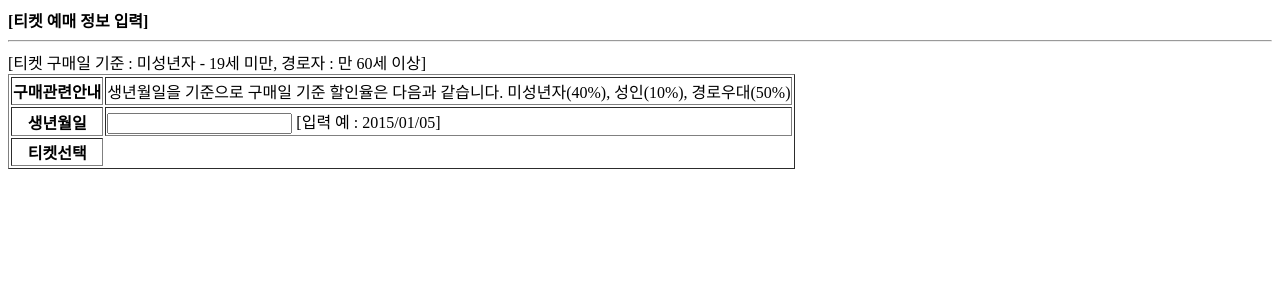
Repository: hanaichione/JSP_BingeWatch
Page: JSPWorkshop04/WebContent/ticket.html
These files come from the project's save history. The page is drawn as it stood at one moment and after the next save; the edit follows.
The browser window is 1280 px wide. The pictures show the whole page.

Above is the page before, as saved 2022-11-25 09:44:11.

### JSPWorkshop04/WebContent/ticket.html
<!DOCTYPE html>
<html>
<head>
<meta charset="UTF-8">
<title>Insert title here</title>
</head>
<body>
	<form>
		<b>[티켓 예매 정보 입력]</b>
		<hr>
		[티켓 구매일 기준 : 미성년자 - 19세 미만, 경로자 : 만 60세 이상]
		<table border="1">
			<tr>
				<th>구매관련안내</th>
				<td>생년월일을 기준으로 구매일 기준 할인율은 다음과 같습니다.
				미성년자(40%), 성인(10%), 경로우대(50%)</td>
			</tr>
			<tr>
				<th>생년월일</th>
				<td><input type="text" name="birth"> [입력 예 : 2015/01/05]</td>
			</tr>
			<tr>
				<th>티켓선택</th>

			</tr>
		</table>
	</form>
</body>
</html>

After the next save:
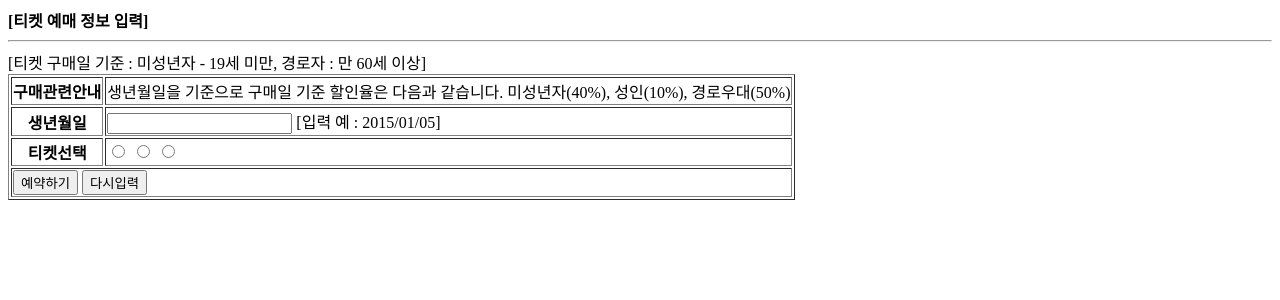
Saved 3 min 4 s later.
--- a/JSPWorkshop04/WebContent/ticket.html
+++ b/JSPWorkshop04/WebContent/ticket.html
@@ -21,7 +21,14 @@
 			</tr>
 			<tr>
 				<th>티켓선택</th>
-
+				<td><input type="radio" name="ticket" value="일반">
+					<input type="radio" name="ticket" value="로열">
+					<input type="radio" name="ticket" value="VIP">
+				</td>
+			</tr>
+			<tr>
+				<td colspan="2"><input type="submit" value="예약하기">
+				<input type="button" value="다시입력"></td>
 			</tr>
 		</table>
 	</form>
